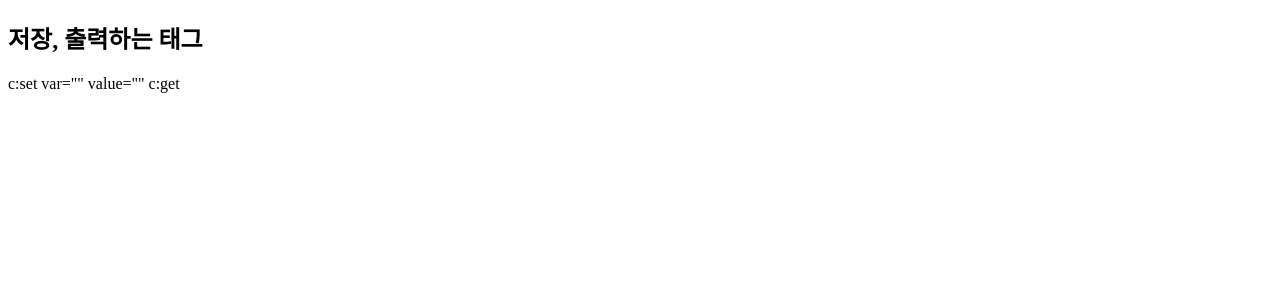
Repository: simjiho/week
Page: http://localhost/el_jstl/views/jstl/02_controltag.jsp
The author's editor kept a copy of each file at every save. The page is drawn from the files as they stood at one save, then again after the next save.
The browser window is 1280 px wide. The pictures show the whole page.
The page is served by Tomcat 9.

Above is the page before, as saved 2024-04-20 05:44:13.

After the next save:
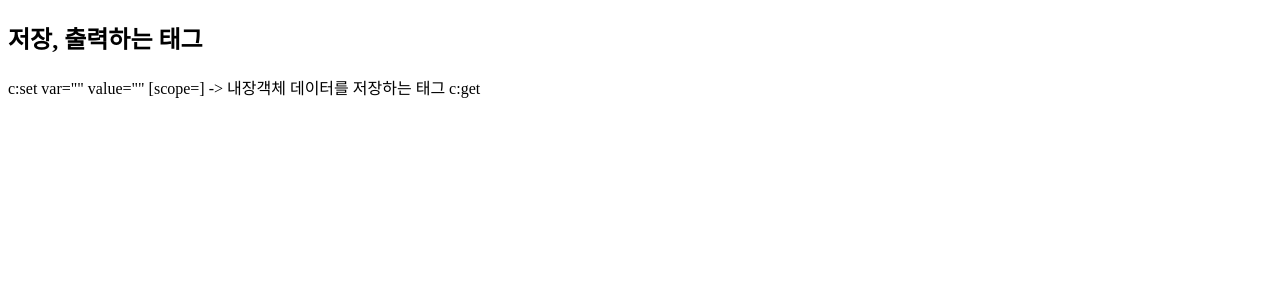
Saved 23 s later.
--- a/workspace/el_jstl/src/main/webapp/views/jstl/02_controltag.jsp
+++ b/workspace/el_jstl/src/main/webapp/views/jstl/02_controltag.jsp
@@ -10,7 +10,7 @@
 <body>
 	<h2>저장, 출력하는 태그</h2>
 	<p>
-		c:set var="" value=""
+		c:set var="" value="" [scope=] -> 내장객체 데이터를 저장하는 태그
 		c:get
 	</p>
 </body>
